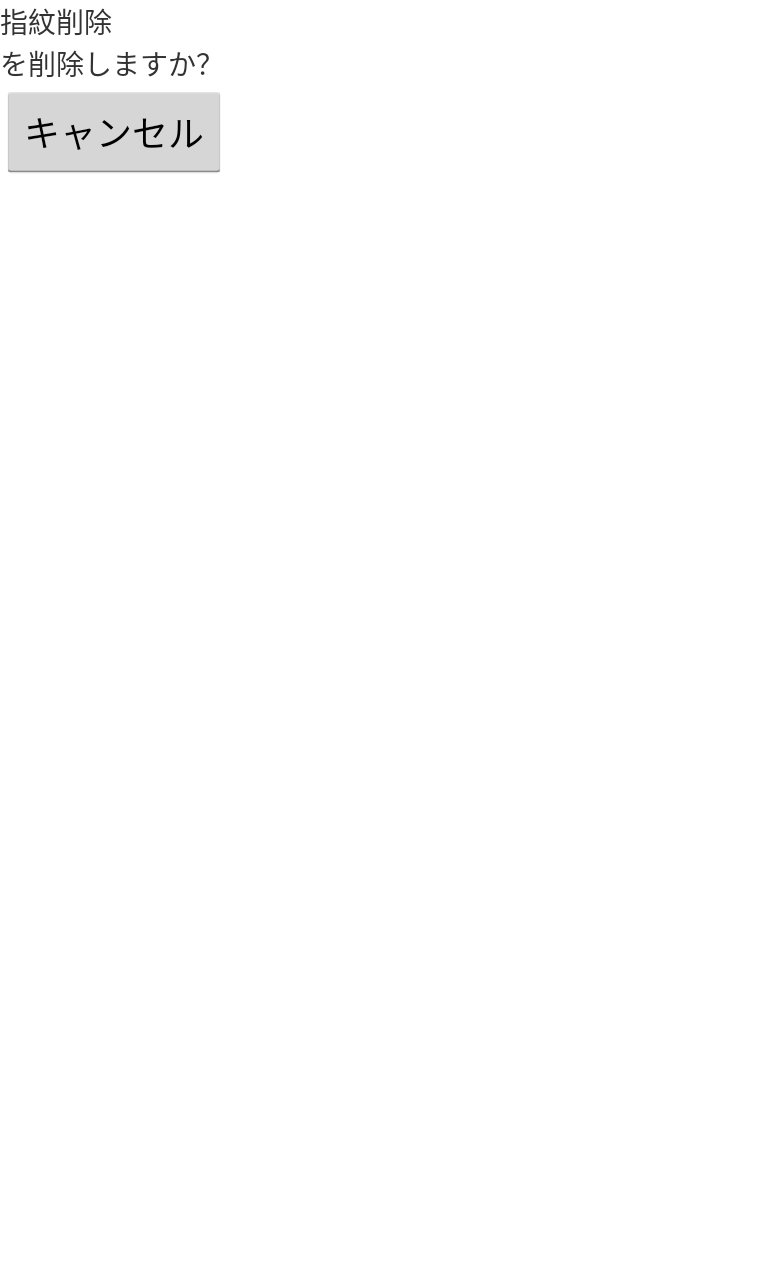
Repository: takuito/app_test
Layout: FiSBA/res/layout/fingerprint_delete.xml
These files come from the project's save history. The layout is drawn as it stood at one moment and after the next save; the edit follows.
It is drawn on a 768 x 1280 px phone screen (xhdpi) without system bars, with theme AppTheme; the app's code is not run.

Above is the layout before, as saved 2013-11-28 17:06:21.

### FiSBA/res/layout/fingerprint_delete.xml
<?xml version="1.0" encoding="utf-8"?>
<LinearLayout xmlns:android="http://schemas.android.com/apk/res/android"
    android:orientation="vertical"
    android:layout_width="fill_parent"
    android:layout_height="fill_parent"
    >

    <TextView
        android:layout_width="wrap_content"
        android:layout_height="wrap_content"
        android:text="@string/delete"/>

    <TextView
        android:layout_width="wrap_content"
        android:layout_height="wrap_content"
        android:text="@string/delete_text"/>

    <Button
        android:id="@+id/btnCancel"
        android:layout_width="wrap_content"
        android:layout_height="wrap_content"
        android:text="@string/cancel"
        />


</LinearLayout>

### FiSBA/res/values/strings.xml
<?xml version="1.0" encoding="utf-8"?>
<resources>

    <string name="app_name">FiSBA</string>
    <string name="action_settings">Settings</string>

    <string name="fingerprint_authentication">指紋認証</string>
    <string name="registrationentry">指紋登録</string>
    <string name="delete">指紋削除</string>
    <string name="edit">指紋編集</string>
    <string name="data_administration">データ管理</string>

    <string name="scan_text">指紋認証機器に指を置いて下さい</string>
    <string name="registrationentry_text">指紋データ登録名を入力して下さい</string>
    <string name="delete_text">を削除しますか？</string>
    <string name="delete_complete">指紋削除完了</string>
    <string name="edit_result">を削除しました</string>
    <string name="edit_complete">指紋編集完了</string>
    <string name="delete_result_authentication">認証時に</string>
    <string name="delete_result_start">を起動します</string>
    <string name="cancel">キャンセル</string>
    <string name="scan_success">指紋認証成功</string>
    <string name="scan_failure">指紋認証失敗</string>
    <string name="registrationentry_success">指紋登録成功</string>
    <string name="registrationentry_failure">指紋登録失敗</string>
    <string name="start_app">アプリを起動します</string>
    <string name="scan_again">もう１度認証を行いますか？</string>
    <string name="registrationentry_again">もう１度登録を行いますか？</string>
    <string name="select_data">指紋データを選択して下さい</string>
    <string name="select_app">起動アプリを選択して下さい</string>

    <string name="ok">OK</string>
    <string name="yes">はい</string>
    <string name="no">いいえ</string>




</resources>

Loaded but not shown: FiSBA/res/values/styles.xml (common file); FiSBA/res/values-v11/styles.xml (common file); FiSBA/res/values-v14/styles.xml (common file)

After the next save:
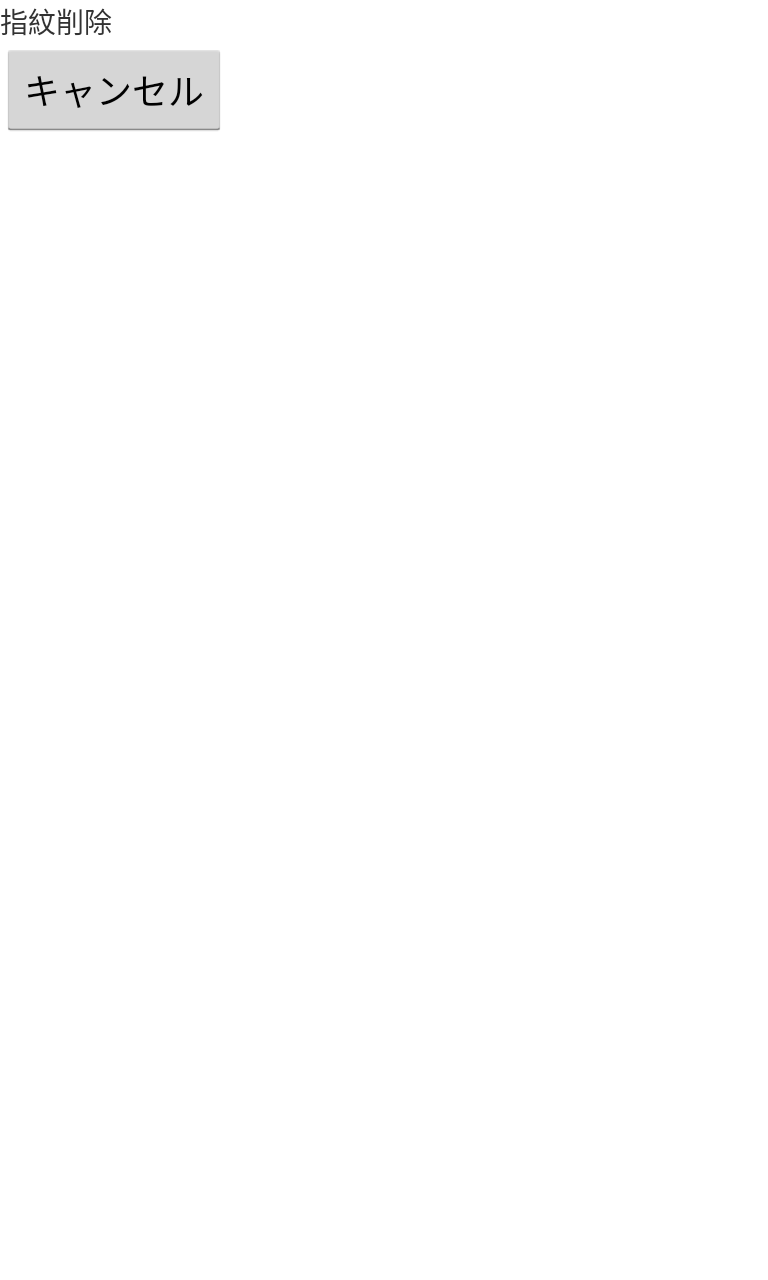
Saved 76 s later.
--- a/FiSBA/res/layout/fingerprint_delete.xml
+++ b/FiSBA/res/layout/fingerprint_delete.xml
@@ -10,10 +10,10 @@
         android:layout_height="wrap_content"
         android:text="@string/delete"/>
 
-    <TextView
-        android:layout_width="wrap_content"
-        android:layout_height="wrap_content"
-        android:text="@string/delete_text"/>
+
+
+
+
 
     <Button
         android:id="@+id/btnCancel"
